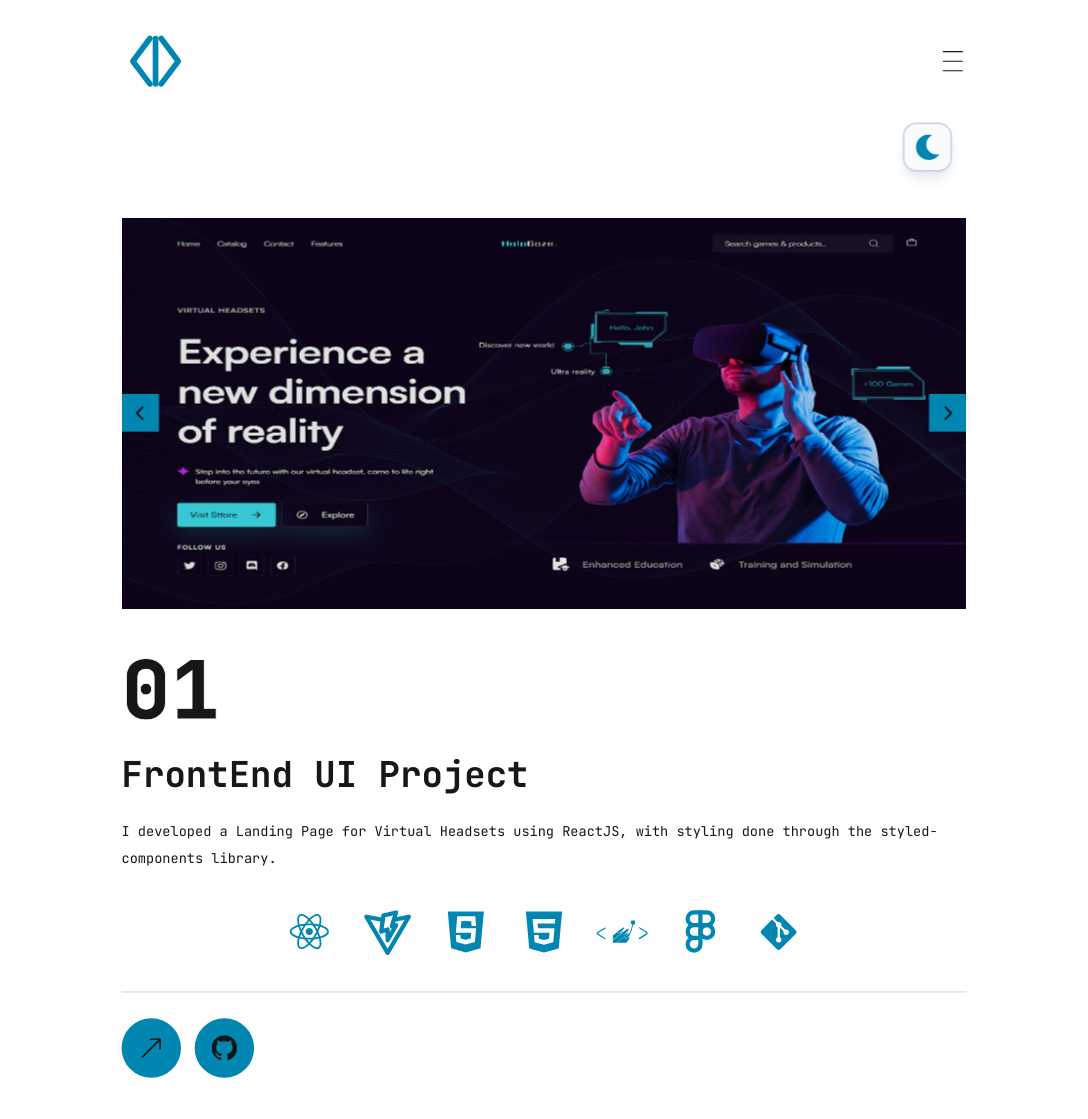
Repository: sergioscker/sergio-portfolio
Page: /work
An editor plug-in stored every save of this project. The page is shown before and after a run of saves, followed by the edit.
The browser window is 1280 px wide. The pictures show the whole page, at 85% of full size.
The project was rebuilt for these pictures with package versions that can differ from the ones it lists, and the page was loaded fresh each time. The framework's server and built-in components were replaced by stand-ins that run in the browser. Also part of the build but not shown: next.config.mjs.

Above is the page before, as saved 2025-04-29 14:35:36.

### app/layout.jsx
// fonts
import { JetBrains_Mono } from 'next/font/google';
import './globals.css';

//components
import PageTransition from '@/components/PageTransition';

// import StairTransition from '@/components/StairTransition';
import { Header } from '@/components/Header';
import ThemeSwitcher from '@/components/ThemeSwitcher';
import ThemeProviderWrapper from '@/components/ThemeProvider';
import ClientOnly from '@/components/ClientOnly';

// fonts style
const jetBrainsMono = JetBrains_Mono({
  subsets: ['latin'],
  variable: '--font-jetbrainsMono',
  weight: ['100', '200', '300', '400', '500', '600', '700', '800'],
  display: 'swap',
});

// SEO
export const metadata = {
  title: 'Sérgio Oliveira | Fullstack Developer',
  description:
    'Portfólio profissional de Sérgio Oliveira, desenvolvedor web fullstack especializado em JavaScript, React, Node.js, TypeScript e Next.js. Veja projetos de alta performance e design moderno.',
  keywords:
    'Sérgio Oliveira, portfolio desenvolvedor web, fullstack developer, frontend, JavaScript, React, Next.js, Node.js, TypeScript, projetos web',
  openGraph: {
    title: 'Portfólio | Sérgio Oliveira',
    description:
      'Explore os projetos desenvolvidos por Sérgio Oliveira: soluções modernas em React, Node.js, e mais.',

    url: 'https://sergioliveira-portfolio.vercel.app',
    type: 'website',
  },
  robots: {
    index: true,
    follow: true,
    nocache: false,
    googleBot: {
      index: true,
      follow: true,
    },
  },
};

export default function RootLayout({ children }) {
  return (
    <html lang="en">
      <head>
        <meta
          name="google-site-verification"
          content="S4CLoUW9Lhz9BwQGpCYQw1kK9LWIxFI2aWJaFR9xZfc"
        />
      </head>

      <body className={`${jetBrainsMono.variable}  antialiased`}>
        <ClientOnly>
          <ThemeProviderWrapper>
            <Header />

            <ThemeSwitcher />

            <PageTransition>{children}</PageTransition>
          </ThemeProviderWrapper>
        </ClientOnly>
      </body>
    </html>
  );
}

### app/work/page.jsx
'use client';

import Link from 'next/link';
import Image from 'next/image';

import { useState } from 'react';

// animations
import { motion } from 'framer-motion';

// slider
import { Swiper, SwiperSlide } from 'swiper/react';
import 'swiper/css';

// icons
import { BsArrowUpRight, BsGithub } from 'react-icons/bs';

import {
  SiStyledcomponents,
  SiSequelize,
  SiJest,
  SiTestinglibrary,
} from 'react-icons/si';

import {
  TbBrandTypescript,
  TbBrandPrisma,
  TbBrandTailwind,
  TbBrandNextjs,
  TbBrandVite,
  TbBrandFigma,
} from 'react-icons/tb';

import {
  DiHtml5,
  DiCss3,
  DiReact,
  DiJavascript,
  DiNodejs,
  DiAws,
  DiDocker,
  DiMongodb,
  DiPostgresql,
  DiGit,
} from 'react-icons/di';

import {
  Tooltip,
  TooltipContent,
  TooltipProvider,
  TooltipTrigger,
} from '@/components/ui/tooltip';

//components
import WorkSliderBtns from '@/components/WorkSliderBtns';

const projects = [
  {
    id: '01',
    title: 'Tech Solutions',

    category: 'FrontEnd UI',

    description: `I developed a Landing Page for Virtual Headsets using ReactJS,
    with styling done through the styled-components library.`,

    image: '/assets/work/tech-solutions.png',

    live: 'https://tech-solutions-kappa.vercel.app',

    github: 'https://github.com/sergioliveira-developer/tech-solutions',

    stack: [
      { icon: <DiReact size={60} />, name: 'reactJS' },
      { icon: <TbBrandVite size={60} />, name: 'vite' },
      { icon: <DiJavascript size={60} />, name: 'javascript' },
      { icon: <DiHtml5 size={60} />, name: 'html5' },
      { icon: <SiStyledcomponents size={60} />, name: 'styled-components' },
      { icon: <TbBrandFigma size={60} />, name: 'figmadesigner' },
      { icon: <DiGit size={60} />, name: 'git' },
    ],
  },
  {
    id: '02',
    title: 'Tickets Management',

    category: 'FullStack',

    description: `A complete Full Stack platform for managing internal tickets by administrators. The system allows you to create, edit and view tickets, with filters by text and status (pending, in progress, completed and rejected). It is also possible to manage user data, including name, password and department.
    The backend is built in Node.js with Sequelize and PostgreSQL, including JWT authentication, Yup validations and MVC structure. The frontend was developed with React + Vite, using TailwindCSS for the UI and full integration with the API.`,

    image: '/assets/work/ticket-management.png',

    live: 'https://ticket-managment.vercel.app',

    github: 'https://github.com/sergioscker/ticket-management',

    stack: [
      { icon: <DiReact size={60} />, name: 'reactJS' },
      { icon: <DiJavascript size={60} />, name: 'javascript' },
      { icon: <TbBrandTailwind size={60} />, name: 'tailwindcss' },
      { icon: <DiNodejs size={60} />, name: 'nodeJS' },
      { icon: <DiDocker size={60} />, name: 'docker' },
      { icon: <DiPostgresql size={60} />, name: 'postgres' },
      { icon: <SiSequelize size={60} />, name: 'ORM sequelize' },
      { icon: <DiGit size={60} />, name: 'git' },
    ],
  },
  {
    id: '03',
    title: 'TodoList Pomodoro',

    category: 'Frontend',

    description: `This is a web application that combines a To-Do List with the Pomodoro technique to boost productivity. It allows users to organize their tasks and manage their time using 25-minute work cycles interspersed with 5-minute breaks.`,

    image: '/assets/work/todolist-pomodoro.png',

    live: 'https://todo-list-with-pomodoro.vercel.app',

    github: 'https://github.com/sergioscker/todo-list-with-pomodoro',

    stack: [
      { icon: <DiReact size={60} />, name: 'reactJS' },
      { icon: <DiJavascript size={60} />, name: 'javascript' },
      { icon: <TbBrandTailwind size={60} />, name: 'tailwindcss' },
      { icon: <DiGit size={60} />, name: 'git' },
      { icon: <TbBrandVite size={60} />, name: 'vite' },
      { icon: <SiJest size={60} />, name: 'jest' },
      { icon: <SiTestinglibrary size={60} />, name: 'testing library' },
    ],
  },
  {
    id: '04',
    title: 'Burger Shop',

    category: 'FullStack',

    description: `BurgerShop is a full-stack application that provides a complete online burger shop experience,
      integrating a robust backend API with a fully responsive frontend interface.
      This project was developed using modern technologies, focusing on practicality,
      efficiency, and security, offering a comprehensive end-to-end solution.`,

    image: '/assets/work/burger-shop.png',

    live: 'https://burguershop-eight.vercel.app',

    github: 'https://github.com/sergioscker/burguer-shop',

    stack: [
      { icon: <DiReact size={60} />, name: 'reactJS' },
      { icon: <DiJavascript size={60} />, name: 'javascript' },
      { icon: <SiStyledcomponents size={60} />, name: 'styled-components' },
      { icon: <DiNodejs size={60} />, name: 'nodeJS' },
      { icon: <DiDocker size={60} />, name: 'docker' },
      { icon: <DiPostgresql size={60} />, name: 'postgres' },
      { icon: <DiMongodb size={60} />, name: 'mongoDB' },
      { icon: <DiAws size={60} />, name: 'amazon web services' },
    ],
  },

  {
    id: '05',
    title: 'ToDo - List',

    category: 'React + NextJS',

    description: `Todo List application built with NextJS, React, and TailwindCSS,
    leveraging modern libraries to ensure a rich and fluid user experience.
    The application is modular, accessible, and easy to customize.`,

    image: '/assets/work/todolist.png',

    live: 'https://todo-list-tasks-two.vercel.app',

    github: 'https://github.com/sergioscker/todo-list',
    stack: [
      { icon: <DiReact size={60} />, name: 'reactJS' },
      { icon: <DiHtml5 size={60} />, name: 'html5' },
      { icon: <DiJavascript size={60} />, name: 'javascript' },
      { icon: <TbBrandNextjs size={60} />, name: 'nextJS' },
      { icon: <TbBrandTailwind size={60} />, name: 'tailwindCSS' },
      { icon: <TbBrandFigma size={60} />, name: 'figmadesigner' },
      { icon: <DiGit size={60} />, name: 'git' },
    ],
  },

  {
    id: '06',
    title: 'Finantial Control',

    category: 'FullStack TypeScript',

    description: `Financial Control is a full-stack application designed to manage and track personal finances.
    It includes a backend API built with NodeJS and TypeScript and a responsive frontend interface using React and Vite.
     The project provides a seamless way to visualize, manage, and track financial data with dynamic charts and detailed forms.`,

    image: '/assets/work/dev-bills.png',

    live: 'https://finantialcontrol.vercel.app',

    github: 'https://github.com/sergioscker/finantial-controls',

    stack: [
      { icon: <TbBrandTypescript size={60} />, name: 'typescript' },
      { icon: <DiJavascript size={60} />, name: 'javascript' },
      { icon: <SiStyledcomponents size={60} />, name: 'styled-components' },
      { icon: <DiMongodb size={60} />, name: 'mongoDB' },
      { icon: <DiNodejs size={60} />, name: 'nodeJS' },
      { icon: <DiGit size={60} />, name: 'git' },
    ],
  },

  {
    id: '07',
    title: 'Users Office',

    category: 'FullStack- API Prisma',

    description: `This project, named Users-office 💻, is a React-based web application designed for a modern and interactive user experience.
    It uses the latest tools and dependencies to optimize development and ensure high performance in production.`,

    image: '/assets/work/users-office.png',

    live: 'https://users-office.vercel.app',

    github: 'https://github.com/sergioliveira-developer/Users-Office',

    stack: [
      { icon: <DiReact size={60} />, name: 'reactJS' },
      { icon: <DiJavascript size={60} />, name: 'javascript' },
      { icon: <SiStyledcomponents size={60} />, name: 'styled-components' },
      { icon: <DiNodejs size={60} />, name: 'nodeJS' },
      { icon: <DiMongodb size={60} />, name: 'mongodb' },
      { icon: <TbBrandPrisma size={60} />, name: 'prisma' },
      { icon: <DiGit size={60} />, name: 'git' },
    ],
  },

  {
    id: '09',
    title: 'Convert Money',

    category: 'JS Vanilla',

    description: `Currency converter made using HTML, CSS and JavaScript languages.
    Conversion can be made from Brazilian Real to US Dollar, Euro, Pound or Bitcoins.`,

    image: '/assets/work/convert-money.png',

    live: 'https://converter-coins.vercel.app',

    github: 'https://github.com/sergioliveira-developer/Convert-Money',

    stack: [
      { icon: <DiHtml5 size={60} />, name: 'html5' },
      { icon: <DiCss3 size={60} />, name: 'css3' },
      { icon: <DiJavascript size={60} />, name: 'javascript' },
      { icon: <DiGit size={60} />, name: 'git' },
    ],
  },
];

const Work = () => {
  const [project, setProject] = useState(projects[0]);

  const handleSlideChange = (swiper) => {
    // get current slide index
    const currentIndex = swiper.activeIndex;

    // update project state based on current slide index
    setProject(projects[currentIndex]);
  };

  return (
    <motion.section
      initial={{ opacity: 0 }}
      animate={{
        opacity: 1,
        transition: { delay: 2.4, duration: 0.4, ease: 'easeIn' },
      }}
      className="min-h-[30vh] flex flex-col justify-center py-12 xl:p-8 xl:mt-5"
    >
      <div className="container mx-auto pt-18 mt-16">
        <div className="flex flex-col xl:flex-row xl:gap-[30px] ">
          {/* projects container */}
          <div
            className="w-full xl:w-[50%] xl:h-[460px] flex
           flex-col xl:justify-between order-2 xl:order-none"
          >
            <div className="flex flex-col gap-[30px] h-[50%]">
              {/* outline id */}
              <div className="text-8xl leanding-none font-extrabold dark:text-transparent text-outline">
                {project.id}
              </div>

              {/* projects category */}
              <h2
                className="text-[42px] font-bold leading-none dark:text-white
               group-hover:text-accent-hover transition-all duration-500 capitalize"
              >
                {project.category} project
              </h2>

              {/* projects description */}
              <p className="dark:text-white/60">{project.description}</p>

              {/* stacks */}
              <ul className="flex justify-center items-center gap-3 flex-wrap">
                {project.stack.map((item, index) => {
                  return (
                    <li key={index} className="text-xl text-accent">
                      <TooltipProvider delayDuration={100}>
                        <Tooltip>
                          <TooltipTrigger className="w-[80px] h-[80px] p-8 rounded-md bg-white/5 flex justify-center items-center group">
                            <span className="dark:text-white text-4xl group-hover:text-accent-hover">
                              {item.icon}
                            </span>
                          </TooltipTrigger>

                          <TooltipContent>
                            <span>{item.name}</span>
                          </TooltipContent>
                        </Tooltip>
                      </TooltipProvider>
                    </li>
                  );
                })}
              </ul>

              {/* border */}
              <div className="border dark:border-white/20"></div>

              {/* buttons */}
              <div className="flex items-center gap-4">
                {/* live project button */}
                <Link
                  href={project.live}
                  target="_blank"
                  rel="noopener noreferrer"
                >
                  <TooltipProvider delayDuration={100}>
                    <Tooltip>
                      <TooltipTrigger className="w-[70px] h-[70px] rounded-full dark:bg-white/5 bg-accent flex justify-center items-center group">
                        <BsArrowUpRight className="dark:text-white text-3xl group-hover:text-accent-hover" />
                      </TooltipTrigger>

                      <TooltipContent>
                        <p>Live project</p>
                      </TooltipContent>
                    </Tooltip>
                  </TooltipProvider>
                </Link>

                {/* github project button */}
                <Link
                  href={project.github}
                  target="_blank"
                  rel="noopener noreferrer"
                >
                  <TooltipProvider delayDuration={100}>
                    <Tooltip>
                      <TooltipTrigger className="w-[70px] h-[70px] rounded-full dark:bg-white/5 bg-accent flex justify-center items-center group">
                        <BsGithub className="dark:text-white text-3xl group-hover:text-accent-hover" />
                      </TooltipTrigger>
                      <TooltipContent>
                        <p>GitHub repository</p>
                      </TooltipContent>
                    </Tooltip>
                  </TooltipProvider>
                </Link>
              </div>
            </div>
          </div>

          {/* sliders container */}
          <div className="w-full xl:w-[50%]">
            <Swiper
              spaceBetween={30}
              slidesPerView={1}
              className="xl:h-[520px] mb-12"
              onSlideChange={handleSlideChange}
            >
              {projects.map((project, index) => {
                return (
                  <SwiperSlide key={index} className="w-full ">
                    <div
                      className="h-[460px] relative group flex justify-center
                    items-center bg-pink-50/20"
                    >
                      {/* overlay */}
                      <div className="absolute top-0 bottom-0 w-full h-full bg-black/10 z-10"></div>

                      {/* project image */}
                      <div className="relative w-full h-full">
                        <Image
                          src={project.image}
                          className="object-fill"
                          quality={100}
                          sizes="(max-width: 768px) 100vw, (max-width: 1280px) 50vw, 50vw"
                          alt="project-image"
                          fill
                        />
                      </div>
                    </div>
                  </SwiperSlide>
                );
              })}

              {/* slider buttons */}
              <WorkSliderBtns
                containerStyles="flex gap-2 absolute right-0 bottom-[calc(50%_-_22px)]
                xl:bottom-0 z-20 w-full justify-between xl:w-max xl:justify-none"
                btnStyles="bg-accent hover:bg-accent-hover text-primary text-[22px]
                 w-[44px] h-[44px] flex justify-center items-center transition-all"
              />
            </Swiper>
          </div>
        </div>
      </div>
    </motion.section>
  );
};

export default Work;

### app/globals.css
@tailwind base;
@tailwind components;
@tailwind utilities;

@layer base {
  body {
    @apply font-primary bg-white text-neutral-900 leading-loose;
    @apply dark:bg-primary dark:text-white leading-loose;
    font-family: var(--font-jetbrainsMono);
  }

  .h1 {
    @apply text-[48px] xl:text-[80px] leading-[1.1] font-semibold;
  }

  .h2 {
    @apply text-[36px] xl:text-[48px] leading-[1.1] font-semibold;
  }

  .h3 {
    @apply text-[20px] xl:text-[32px] leading-[1.1] font-semibold;
  }
}

/* Estilos personalizados */
.text-outline {
  -webkit-text-stroke: 1px #ffffff;
}

.text-outline-hover {
  -webkit-text-stroke: 1px #4a8fff;
}

### components/PageTransition.jsx
'use client';

import { AnimatePresence, motion } from 'framer-motion';
import { usePathname } from 'next/navigation';

const PageTransition = ({ children }) => {
  const pathname = usePathname();

  return (
    <AnimatePresence>
      <div key={pathname}>
        <motion.div
          initial={{ opacity: 1 }}
          animate={{
            opacity: 0,
            transition: { delay: 1, duration: 0.4, ease: 'easeInOut' },
          }}
          className="h-screen w-screen fixed bg-primary top-0 pointer-events-none"
        />
        {children}
      </div>
    </AnimatePresence>
  );
};

export default PageTransition;

### components/Header.jsx
import Link from 'next/link';
import { Button } from './ui/button';

//components
import Nav from './Nav';
import MobileNav from './MobileNav';
import Image from 'next/image';

export const Header = () => {
  return (
    <header className="py-8 xl:py-14 dark:text-white">
      <div className="container mx-auto flex justify-between items-center ">
        {/* logo */}
        <Link href="/">
          <Image
            src="/assets/icon.svg"
            alt="icon"
            priority
            quality={100}
            width={80}
            height={80}
            className="object-contain"
            draggable="false"
          />
        </Link>

        {/* desktop nav & hire me button */}
        <div className="hidden xl:flex items-center gap-8">
          <Nav />
          <Link href="/contact">
            <Button>Hire me</Button>
          </Link>
        </div>

        {/* mobile nav */}
        <div className="xl:hidden">
          <MobileNav />
        </div>
      </div>
    </header>
  );
};

### components/ThemeSwitcher.jsx
'use client';

import { useTheme } from 'next-themes';
import { FaSun, FaMoon } from 'react-icons/fa';

export default function ThemeSwitcher() {
  const { theme, setTheme } = useTheme();

  return (
    <button
      className="dark:bg-neutral-900 bg-slate-50 hover:text-accent-hover text-accent fixed right-3
    lg:right-40 top-[6.1rem] md:top-36 p-3 border-2 hover:border-slate-400 border-slate-300
     dark:border-neutral-800 dark:hover:border-neutral-500
     rounded-2xl shadow-lg dark:shadow-black shadow-slate-200
     transition delay-100 ease-linear z-40"
      onClick={() => setTheme(theme === 'dark' ? 'light' : 'dark')}
    >
      {theme === 'dark' ? <FaSun size={30} /> : <FaMoon size={30} />}
    </button>
  );
}

### components/ThemeProvider.jsx
'use client';

import { ThemeProvider } from 'next-themes';

export default function ThemeProviderWrapper({ children }) {
  return <ThemeProvider attribute="class">{children}</ThemeProvider>;
}

### components/ClientOnly.jsx
'use client';

import { useEffect, useState } from 'react';

export default function ClientOnly({ children }) {
  const [hasMounted, setHasMounted] = useState(false);

  useEffect(() => {
    setHasMounted(true);
  }, []);

  if (!hasMounted) {
    return null;
  }

  return <>{children}</>;
}

### components/WorkSliderBtns.jsx
'use client';

import { useSwiper } from 'swiper/react';
import { PiCaretLeftBold, PiCaretRightBold } from 'react-icons/pi';

const WorkSliderBtns = ({ containerStyles, btnStyles, iconsStyles }) => {
  const swiper = useSwiper();

  return (
    <div className={containerStyles}>
      <button className={btnStyles} onClick={() => swiper.slidePrev()}>
        <PiCaretLeftBold className={iconsStyles} />
      </button>

      <button className={btnStyles} onClick={() => swiper.slideNext()}>
        <PiCaretRightBold className={iconsStyles} />
      </button>
    </div>
  );
};

export default WorkSliderBtns;

### components/Nav.jsx
'use client';

import Link from 'next/link';
import { usePathname } from 'next/navigation';

const links = [
  {
    name: 'home',
    path: '/',
  },
  {
    name: 'services',
    path: '/services',
  },
  {
    name: 'resume',
    path: '/resume',
  },
  {
    name: 'work',
    path: '/work',
  },
  {
    name: 'contact',
    path: '/contact',
  },
];

const Nav = () => {
  const pathname = usePathname();

  return (
    <nav className="flex gap-8">
      {links.map((link, index) => {
        return (
          <Link
            href={link.path}
            key={index}
            className={`${
              link.path === pathname && 'text-accent border-b-2 border-accent'
            } capitalize font-medium hover:text-accent-hover transition-all`}
          >
            {link.name}
          </Link>
        );
      })}
    </nav>
  );
};

export default Nav;

Loaded but not shown: lib/utils.js (common file); tailwind.config.js (40 lines, source omitted); components/ui/sheet.jsx (122 lines, source omitted); components/MobileNav.jsx (89 lines, source omitted); components/ui/button.jsx (46 lines, source omitted); components/ui/tooltip.jsx (29 lines, source omitted)

After the next 3 saves:
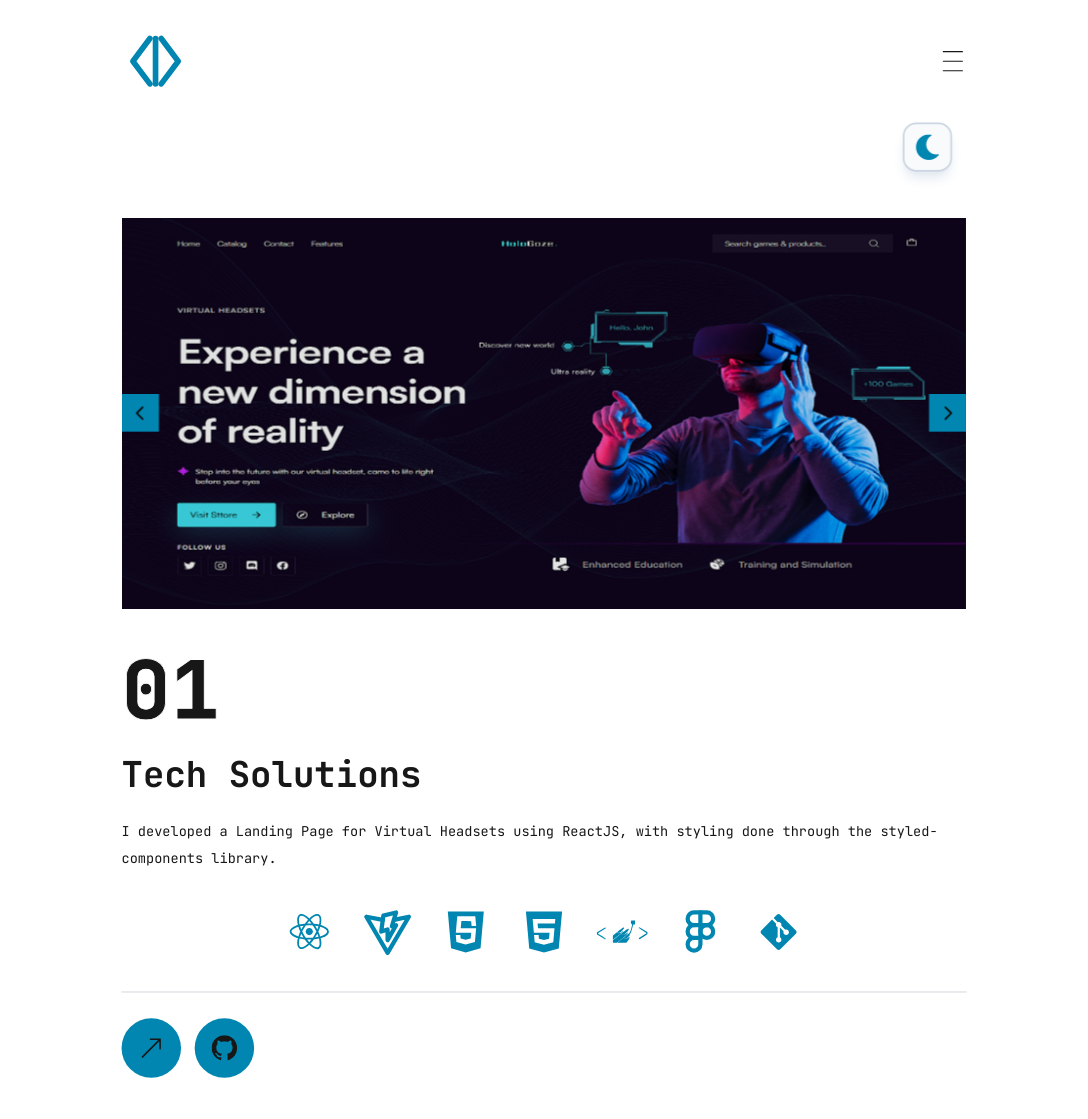
The 3 saves are shown as one change because 1 did not build or start and some came seconds apart.
The last was saved 61 s later.
--- a/app/work/page.jsx
+++ b/app/work/page.jsx
@@ -299,7 +299,7 @@ const Work = () => {
                 className="text-[42px] font-bold leading-none dark:text-white
                group-hover:text-accent-hover transition-all duration-500 capitalize"
               >
-                {project.category} project
+                {project.title}
               </h2>
 
               {/* projects description */}
